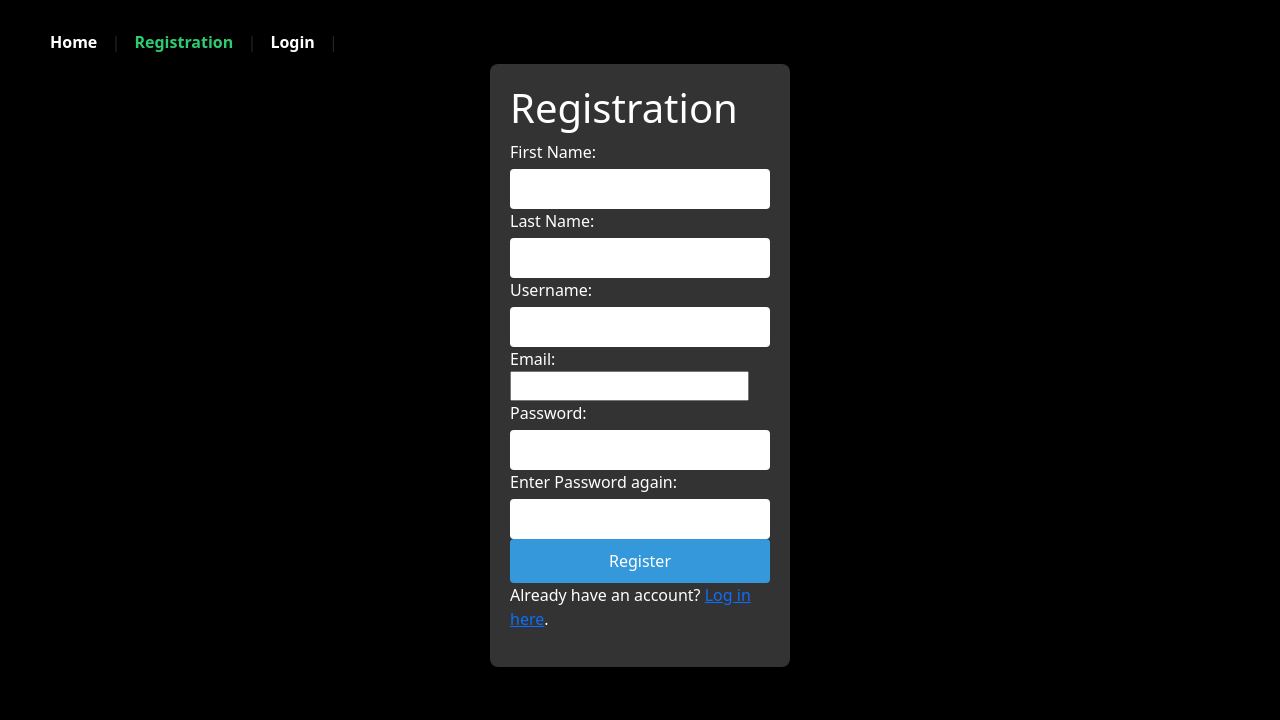
Repository: ag1372/RutgersHealthHackathon
Page: /registration (app in ruhealthhack/)
The author's editor kept a copy of each file at every save. The page is drawn from the files as they stood at one save, then again after the next save.
The browser window is 1280 px wide. The pictures show the whole page.
The project was rebuilt for these pictures with package versions that can differ from the ones it lists, and the page was loaded fresh each time. Also part of the build but not shown: ruhealthhack/vue.config.js, ruhealthhack/views/Home.vue, ruhealthhack/views/Login.vue.

Above is the page before, as saved 2023-11-04 17:30:53.

After the next save:
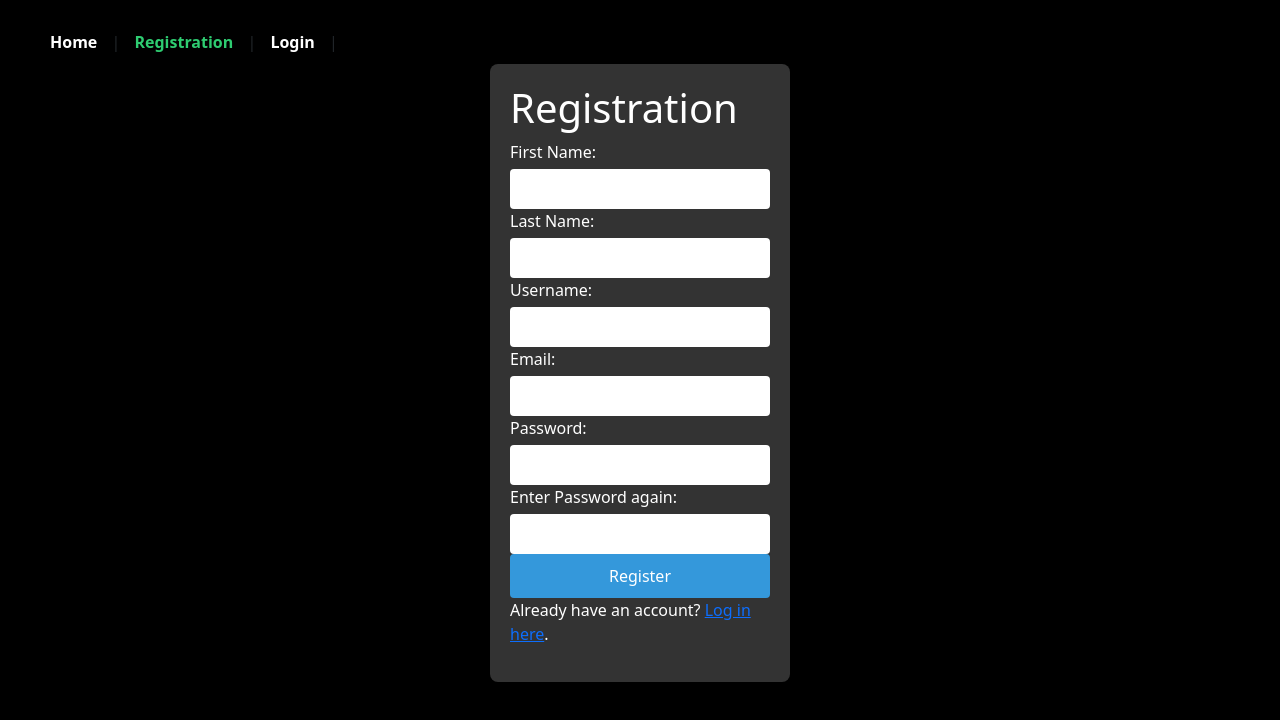
Saved 96 s later.
--- a/ruhealthhack/stylesheets/RegistrationStyles.css
+++ b/ruhealthhack/stylesheets/RegistrationStyles.css
@@ -17,7 +17,8 @@
   }
 
   input[type="text"],
-  input[type="password"] {
+  input[type="password"],
+  input[type="email"] {
     width: 100%;
     padding: 8px;
     margin-top: 5px;
